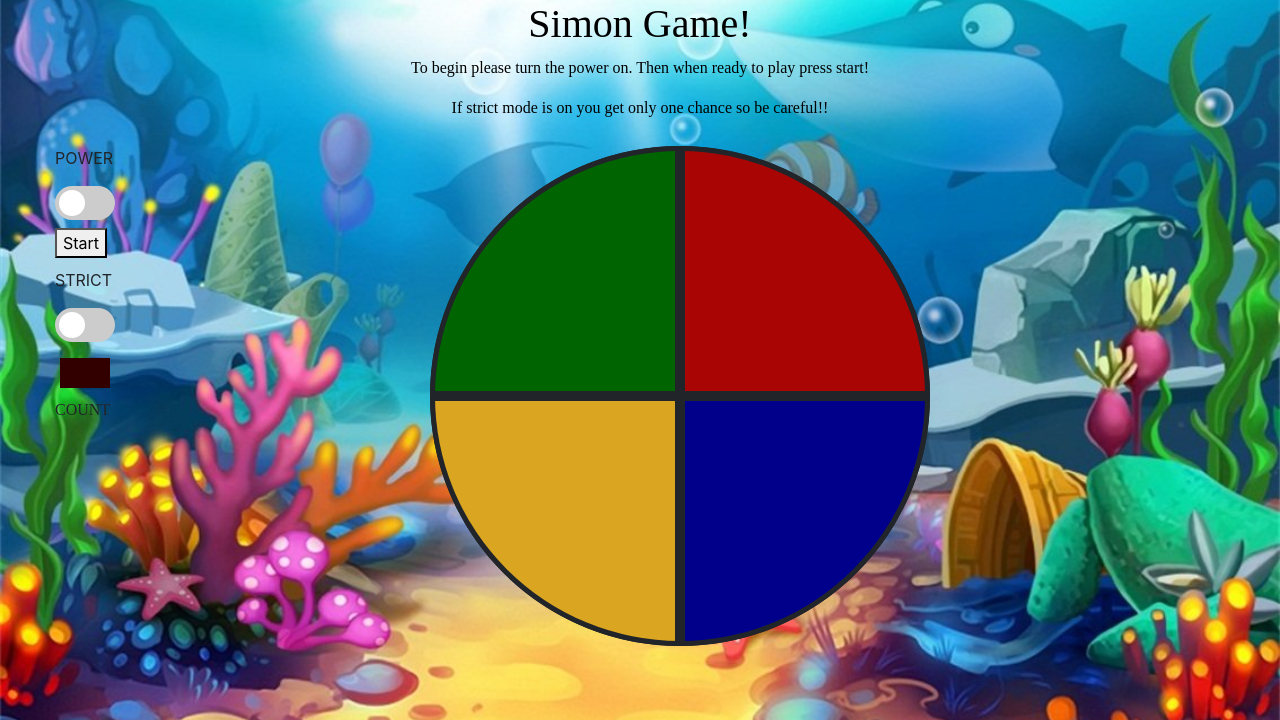
Repository: chrisoc19/SimonSays
Page: index.html
The author's editor kept a record of every edit. The page is drawn from the files as they stood at one moment, then again after the next edit.
The browser window is 1280 px wide. The pictures show the whole page.
Some web fonts or font styles are not loaded; a fallback is used.

Above is the page before.

### index.html
<!DOCTYPE html>
<html>

<head>
  <meta charset="UTF-8">
  <title>Simon Game</title>
  <meta name="viewport" content="width=device-width, initial-scale=1">
  <link href='https://fonts.googleapis.com/css?family=Original+Surfer&effect=emboss' rel='stylesheet' type='text/css'>
  <link rel="stylesheet" href="css/style.css">
<link rel="stylesheet" href="https://stackpath.bootstrapcdn.com/bootstrap/4.3.1/css/bootstrap.min.css" integrity="sha384-ggOyR0iXCbMQv3Xipma34MD+dH/1fQ784/j6cY/iJTQUOhcWr7x9JvoRxT2MZw1T" crossorigin="anonymous">

</head>

<body>


  <div class="container-fluid">
    <div class="row">
      <div class="col text text-box">
        <h1>Simon Game!</h1>
  <p>To begin please turn the power on. Then when ready to play press start!  </p>
  <p>If strict mode is on you get only one chance so be careful!!</p>
      </div>

    </div>


  <div class="row">
    <div class="col-sm-2 switches-wrapper">
      <div class="switches">

   <p>POWER</p>
  <label class="switch">
  <input type="checkbox" class="switch" id="on">
  <span class="slider round"></span>
</label>

  <div id="turn"></div>
  <div class="text2">
    COUNT
  </div>
  <div class ="button-container">
    <button class="button" id="start">Start</button>
    </div>


</label>

  <p>STRICT</p>
  <label class="switch">
  <input type="checkbox" class="switch" id="strict">
  <span class="slider round"></span>
</label>

</div>
    </div>
    <div class="col-sm-8">
      <div class="circle">
    <div id="topleft"></div>
    <div id="topright"></div>
    <div id="bottomleft"></div>
    <div id="bottomright"></div>
  </div>
    </div>

  </div>
</div>










  <script src="js/index.js"></script>

</body>

</html>

### css/style.css
body {
  margin-bottom: -200px;
  background-image: url("../img/sea.2.jpg");
  background-position: center;
  background-repeat: no-repeat;
  background-size: cover;

}

/* -----------------------------------------------------Simon game Text */

.text {
  font-family: 'Original Surfer', cursive;
  text-align: center;
  color: black;
}

.text-box {
  margin-bottom: 10px;
  background-color: rgba(0, 123, 255, 0);
}




.switches-wrapper {
  margin-left: 40px;
   background-color: rgba(0, 123, 255, 0);
}





/* The switch - the box around the slider */

.switch {
  position: relative;
  display: inline-block;
  width: 60px;
  height: 34px;
}

/* Hide default HTML checkbox */

.switch input {
  opacity: 0;
  width: 0;
  height: 0;
}

/* The slider */

.slider {
  position: absolute;
  cursor: pointer;
  top: 0;
  left: 0;
  right: 0;
  bottom: 0;
  background-color: #ccc;
  -webkit-transition: .4s;
  transition: .4s;
}

.slider:before {
  position: absolute;
  content: "";
  height: 26px;
  width: 26px;
  left: 4px;
  bottom: 4px;
  background-color: white;
  -webkit-transition: .4s;
  transition: .4s;
}

input:checked+.slider {
  background-color: #2196F3;
}

input:focus+.slider {
  box-shadow: 0 0 1px #2196F3;
}

input:checked+.slider:before {
  -webkit-transform: translateX(26px);
  -ms-transform: translateX(26px);
  transform: translateX(26px);
}

/* Rounded sliders */

.slider.round {
  border-radius: 34px;
}

.slider.round:before {
  border-radius: 50%;
}

.toggle {
  margin-left: 20px;
  margin-right: 20px;
}


.button {
  -webkit-transition-duration: 0.4s;
  /* Safari */
  transition-duration: 0.4s;
}

.button:hover {
  background-color: #4CAF50;
  /* Green */
  color: white;
}

.button-container {
  margin-bottom: 10px;

}



.text2 {
  position: absolute;
  font-family: 'Original Surfer', cursive;
  margin-top: 170px;
  margin-bottom: 50px;
  margin-right: 100px;
}



#title {
  font-family: 'Original Surfer', cursive;
  font-size: 40px;
  text-align: center;

}



#turn {
  position: absolute;
  background: #330000;
  color: red;
  font-family: courier;
  font-size: 20px;
  height: 30px;
  width: 50px;

  margin-top: 130px;
  margin-left: 5px;
  text-align: center;

  line-height: 30px;
}

/*------------------------------------------------- circle */

.circle {

  background: #385a94;
  border-radius: 50%;
  height: 500px;
  width: 500px;
  position: relative;
  border-style: solid;
  border-width: 10px;
  margin: auto;


}

#topleft {
  position: absolute;
  height: 250px;
  width: 250px;
  border-radius: 250px 0 0 0;
  -moz-border-radius: 250px 0 0 0;
  -webkit-border-radius: 250px 0 0 0;
  background: darkgreen;
  top: 50%;
  left: 50%;
  margin: -250px 0px 0px -250px;
  border-style: solid;
  border-width: 5px;
  box-sizing: border-box;
  -moz-box-sizing: border-box;
  -webkit-box-sizing: border-box;
}

#topright {
  position: absolute;
  height: 250px;
  width: 250px;
  border-radius: 0 250px 0 0;
  -moz-border-radius: 0 250px 0 0;
  -webkit-border-radius: 0 250px 0 0;
  background: #a90505;
  top: 50%;
  left: 50%;
  margin: -250px 0px 0px 0px;
  border-style: solid;
  border-width: 5px;
  box-sizing: border-box;
  -moz-box-sizing: border-box;
  -webkit-box-sizing: border-box;
}

#bottomleft {
  position: absolute;
  height: 250px;
  width: 250px;
  border-radius: 0 0 0 250px;
  -moz-border-radius: 0 0 0 250px;
  -webkit-border-radius: 0 0 0 250px;
  background: goldenrod;
  top: 50%;
  left: 50%;
  margin: 0px -250px 0px -250px;
  border-style: solid;
  border-width: 5px;
  box-sizing: border-box;
  -moz-box-sizing: border-box;
  -webkit-box-sizing: border-box;
}

#bottomright {
  position: absolute;
  height: 250px;
  width: 250px;
  border-radius: 0 0 250px 0;
  -moz-border-radius: 0 0 250px 0;
  -webkit-border-radius: 0 0 250px 0;
  background: darkblue;
  top: 50%;
  left: 50%;
  margin: 0px 0px -250px 0px;
  border-style: solid;
  border-width: 5px;
  box-sizing: border-box;
  -moz-box-sizing: border-box;
  -webkit-box-sizing: border-box;
}

### js/index.js
let order = [];
let playerOrder = [];
let flash;
let turn;
let good;
let compTurn;
let intervalId;
let strict = false;
let start = false;
let noise = true;
let on = false;
let win;

let oneNoise = new Audio('sounds/drop.mp3');
let twoNoise = new Audio('sounds/pop.mp3');
let threeNoise = new Audio('sounds/seagull.ogg');
let fourNoise = new Audio('sounds/arr.mp3');
let startNoise = new Audio('sounds/startSound.ogg');
let offNoise = new Audio('sounds/off.ogg');
let winNoise = new Audio('sounds/winSound.wav');


const turnCounter = document.querySelector("#turn");
const topLeft = document.querySelector("#topleft");
const topRight = document.querySelector("#topright");
const bottomLeft = document.querySelector("#bottomleft");
const bottomRight = document.querySelector("#bottomright");
const strictButton = document.querySelector("#strict");
const onButton = document.querySelector("#on");
const startButton = document.querySelector("#start");

//--------------------------------------------------------------- strictButton
strictButton.addEventListener('change', (event) => {
    if (strictButton.checked == true) {
        strict = true;
        play();
    }
    else {
        strict = false;
        play();
    }
});
//--------------------------------------------------------------- onButton
onButton.addEventListener('click', (event) => {
    if (onButton.checked == true) {
        on = true;
        turnCounter.innerHTML = "-";
        startSound();
        flashColor();
        setTimeout(() => {
            clearColor();
        }, 800);
    }
    else {
        on = false;
        turnCounter.innerHTML = "Bye";
        setTimeout(() => {
            turnCounter.innerHTML = "";
        }, 800);

        clearInterval(intervalId);
        off();
        flashColor();
        setTimeout(() => {
            clearColor();
        }, 800);
    }
});

function startSound() {
    if (noise) {
        startNoise.play();
    }
    noise = true;

}

function off() {
    if (noise) {
        offNoise.play();
    }
    noise = true;

}
//---------------------------------------------------------------startButton
startButton.addEventListener('click', (event) => {
    if (on || win) {
        play();
    }
    if (onButton.checked == false) {
        startButton = 'unclick';
    }
});

function play() {
    win = false;
    order = [];
    playerOrder = [];
    flash = 0;
    intervalId = 0;
    turn = 1;
    turnCounter.innerHTML = 1;
    good = true;
    for (var i = 0; i < 20; i++) {
        order.push(Math.floor(Math.random() * 4) + 1);
    }
    compTurn = true;

    intervalId = setInterval(gameTurn, 800);
}

function gameTurn() {
    on = false;

    if (flash == turn) {
        clearInterval(intervalId);
        compTurn = false;
        clearColor();
        on = true;
    }

    if (compTurn) {
        clearColor();
        setTimeout(() => {
            if (order[flash] == 1) one();
            if (order[flash] == 2) two();
            if (order[flash] == 3) three();
            if (order[flash] == 4) four();
            flash++;
        }, 200);
    }
}

function one() {
    if (noise) {
        oneNoise.play();
    }
    noise = true;
    topLeft.style.backgroundColor = "lightgreen";
}

function two() {
    if (noise) {
        twoNoise.play();
    }
    noise = true;
    topRight.style.backgroundColor = "tomato";
}

function three() {
    if (noise) {
        threeNoise.play();
    }
    noise = true;
    bottomLeft.style.backgroundColor = "yellow";
}

function four() {
    if (noise) {
        fourNoise.play();
    }
    noise = true;
    bottomRight.style.backgroundColor = "lightskyblue";
}

function clearColor() {
    topLeft.style.backgroundColor = "darkgreen";
    topRight.style.backgroundColor = "darkred";
    bottomLeft.style.backgroundColor = "goldenrod";
    bottomRight.style.backgroundColor = "darkblue";
}

function flashColor() {
    topLeft.style.backgroundColor = "lightgreen";
    topRight.style.backgroundColor = "tomato";
    bottomLeft.style.backgroundColor = "yellow";
    bottomRight.style.backgroundColor = "lightskyblue";
}
//---------------------------------------------------------------Clicke Events
topLeft.addEventListener('click', (event) => {
    if (on || start) {
        playerOrder.push(1);
        check();
        one();
        if (!win) {
            setTimeout(() => {
                clearColor();
            }, 300);
        }
    }

});

topRight.addEventListener('click', (event) => {
    if (on || start) {
        playerOrder.push(2);
        check();
        two();
        if (!win) {
            setTimeout(() => {
                clearColor();
            }, 300);
        }
    }
});

bottomLeft.addEventListener('click', (event) => {
    if (on || start) {
        playerOrder.push(3);
        check();
        three();
        if (!win) {
            setTimeout(() => {
                clearColor();
            }, 300);
        }
    }

});

bottomRight.addEventListener('click', (event) => {
    if (on || start) {
        playerOrder.push(4);
        check();
        four();
        if (!win) {
            setTimeout(() => {
                clearColor();
            }, 300);
        }
    }
});

function check() {
    if (playerOrder[playerOrder.length - 1] !== order[playerOrder.length - 1])
        good = false;

    if (playerOrder.length == 20 && good) {
        winGame();
    }
    if (good == false) {
        flashColor();
        turnCounter.innerHTML = "NO";
        setTimeout(() => {
            turnCounter.innerHTML = turn;
            clearColor();

            if (strict) {
                play();
            }
            else {
                compTurn = true;
                flash = 0;
                playerOrder = [];
                good = true;
                intervalId = setInterval(gameTurn, 800);
            }
        }, 800);
        noise = false;
    }
    if (turn == playerOrder.length && good && !win) {
        turn++;
        playerOrder = [];
        compTurn = true;
        flash = 0;
        turnCounter.innerHTML = turn;
        intervalId = setInterval(gameTurn, 800);
    }
}

function winGame() {
    flashColor();
    winSound();
    turnCounter.innerHTML = "win!!";
    on = false;
    win = true;
}

function winSound() {
    if (noise) {
        winNoise.play();
    }
    noise = true;

}

After the next edit:
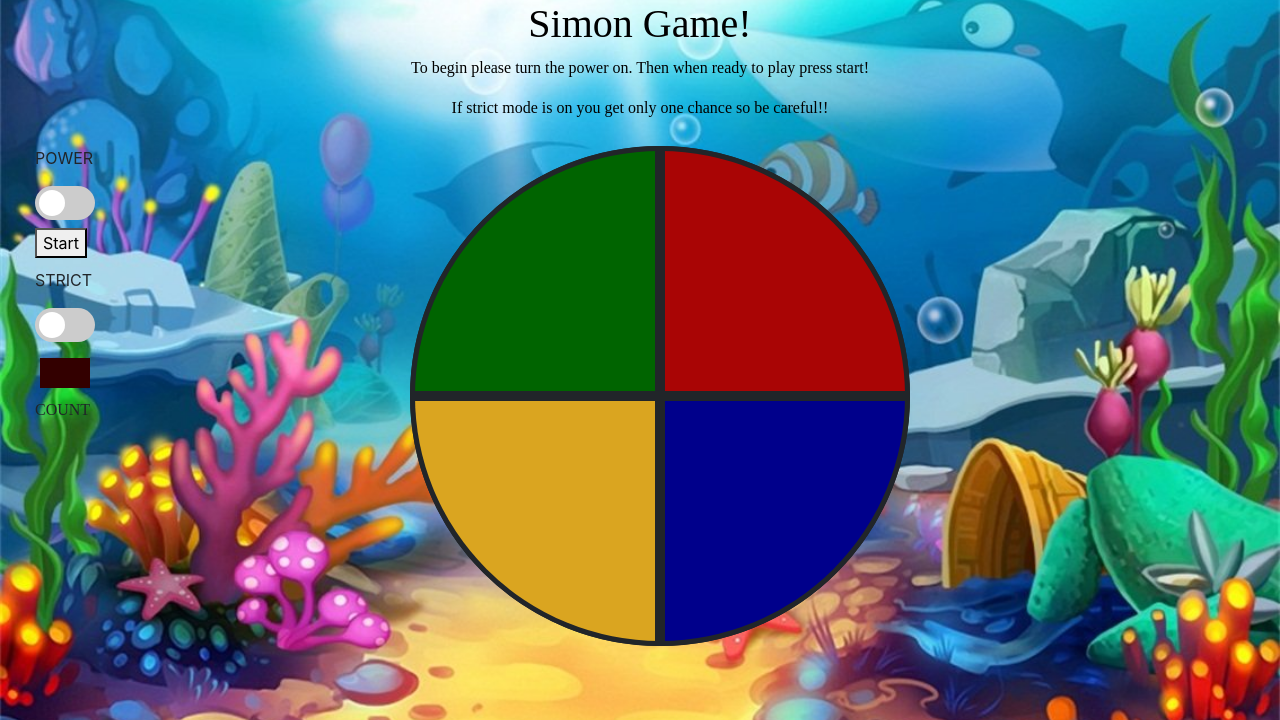
The edit:
--- a/css/style.css
+++ b/css/style.css
@@ -24,7 +24,7 @@
 
 
 .switches-wrapper {
-  margin-left: 40px;
+  margin-left: 20px;
    background-color: rgba(0, 123, 255, 0);
 }
 
